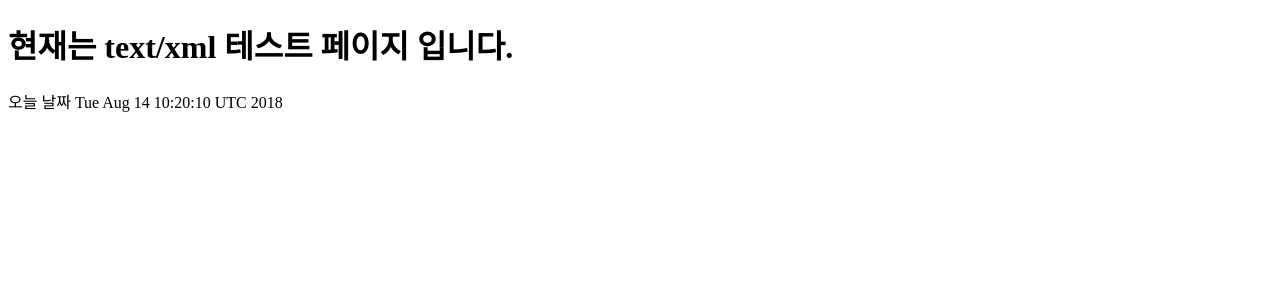
Repository: hodob/JSP_Practice
Page: http://localhost/JSP_WebMarket_JJH/ch03_ex/text.jsp
These files come from the project's save history. The page is drawn as it stood at one moment and after the next save; the edit follows.
The browser window is 1280 px wide. The pictures show the whole page.
The page is served by Tomcat 9. Other server files are loaded and not shown.

Above is the page before, as saved 2022-08-08 02:19:09.

### JSP_WebMarket_JJH/WebContent/ch03_ex/text.jsp
<%@ page language="java" contentType="text/html; charset=UTF-8"
	pageEncoding="UTF-8"%>
<%@ page import="java.util.Date"%>
<%@ page errorPage="myError.jsp"%>
<!DOCTYPE html>
<html>
<head>
<meta charset="UTF-8">
<title>Insert title here</title>
</head>
<body>
	<h1>현재는 text/xml 테스트 페이지 입니다.</h1>
	<div>
		오늘 날짜
		<%=new Date()%></div>




</body>
</html>

### JSP_WebMarket_JJH/WebContent/ch03_ex/myError.jsp
<%@ page language="java" contentType="text/html; charset=UTF-8"
    pageEncoding="UTF-8"%>

<!DOCTYPE html>
<html>
<head>
<meta charset="UTF-8">
<title>Insert title here</title>
</head>
<body>
<h1>오류페이지 테스트</h1>
</body>
</html>

After the next save:
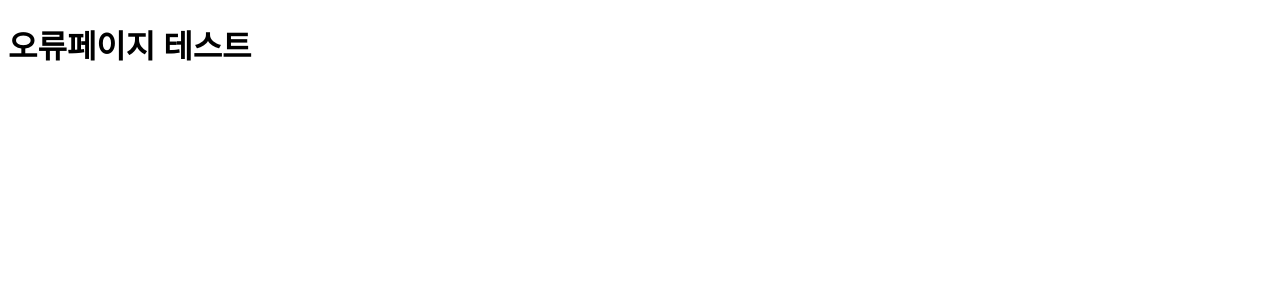
Saved 40 s later.
--- a/JSP_WebMarket_JJH/WebContent/ch03_ex/text.jsp
+++ b/JSP_WebMarket_JJH/WebContent/ch03_ex/text.jsp
@@ -13,7 +13,10 @@
 	<div>
 		오늘 날짜
 		<%=new Date()%></div>
-
+<%
+String str = null;
+out.println(str.toString()	);
+%>
 
 
 
